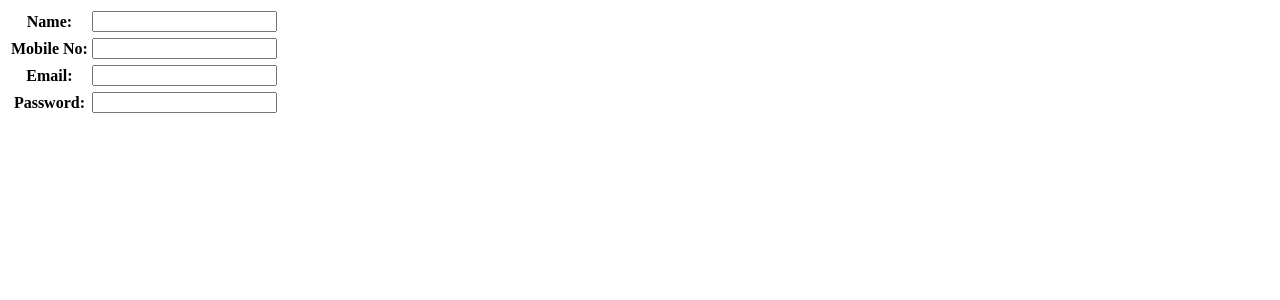
Repository: akki1071993/JavaServlet
Page: HttpServletFilterDemo/src/main/webapp/register.html
An editor plug-in stored every save of this project. The page is shown before and after the next save, followed by the edit.
The browser window is 1280 px wide. The pictures show the whole page.

Above is the page before, as saved 2022-06-15 09:28:49.

After the next save:
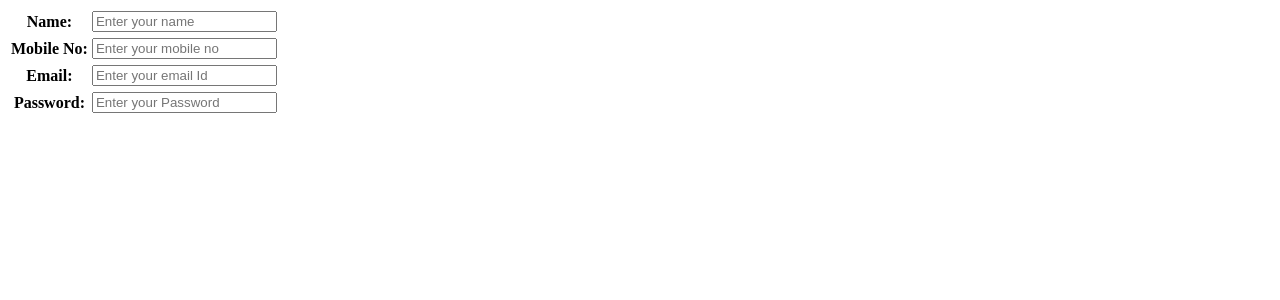
Saved 45 s later.
--- a/HttpServletFilterDemo/src/main/webapp/register.html
+++ b/HttpServletFilterDemo/src/main/webapp/register.html
@@ -8,19 +8,19 @@
 	<Table>
 		<tr>
 			<th>Name: </th>
-			<th><input type="text" name="name">
+			<th><input type="text" name="name" placeholder="Enter your name">
 		<tr>
 		<tr>
 			<th>Mobile No: </th>
-			<th><input type="text" name="mobileNo">
+			<th><input type="text" name="mobileNo" placeholder="Enter your mobile no">
 		<tr>
 		<tr>
 			<th>Email: </th>
-			<th><input type="text" name="email">
+			<th><input type="text" name="email" placeholder="Enter your email Id">
 		<tr>
 		<tr>
 			<th>Password: </th>
-			<th><input type="text" name="pass">
+			<th><input type="text" name="pass" placeholder="Enter your Password">
 		<tr>
 
 	</Table>
